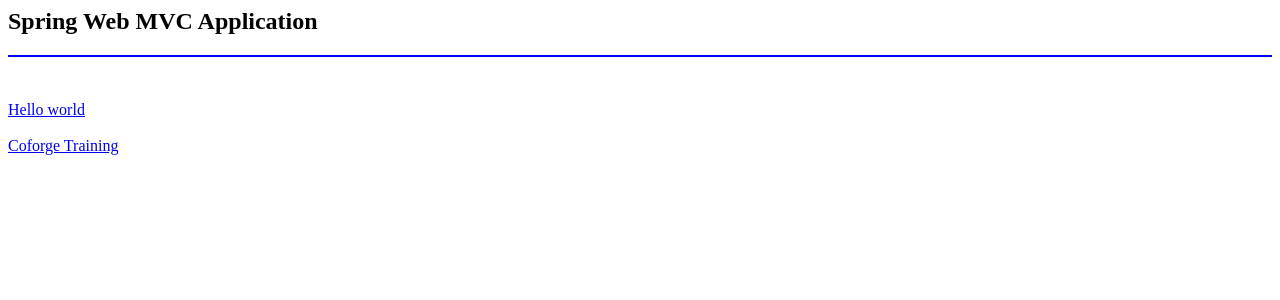
Repository: iKAIZER7/spring-workspace
Page: http://localhost/spring-web/
The author's editor kept a copy of each file at every save. The page is drawn from the files as they stood at one save, then again after the next save.
The browser window is 1280 px wide. The pictures show the whole page.
The page is served by Tomcat 9. Other server files are loaded and not shown.

Above is the page before, as saved 2025-07-31 04:32:48.

### spring-web/src/main/webapp/index.jsp
<html>
<body>
<h2>Spring Web MVC Application</h2>
<hr color="blue">
<br><br>

<a href="shreya">Hello world</a>
<br><br>
<a href="noida">Coforge Training</a>

</body>
</html>

After the next save:
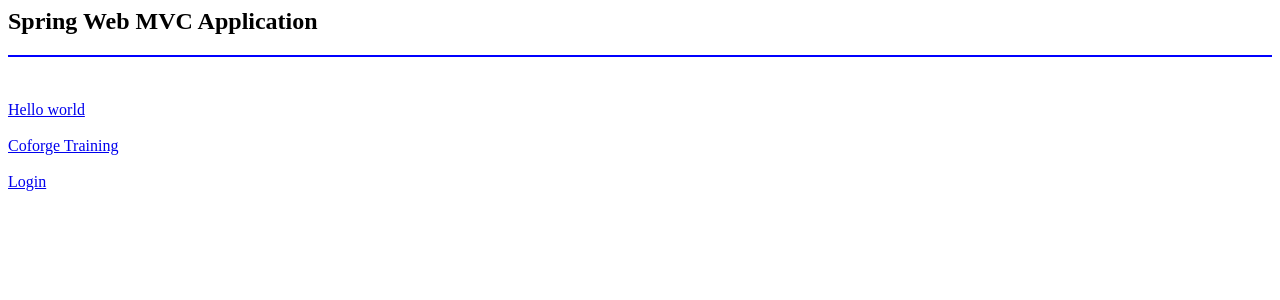
Saved 28 s later.
--- a/spring-web/src/main/webapp/index.jsp
+++ b/spring-web/src/main/webapp/index.jsp
@@ -7,6 +7,9 @@
 <a href="shreya">Hello world</a>
 <br><br>
 <a href="noida">Coforge Training</a>
+<br><br>
+<a href="login">Login</a>
+
 
 </body>
 </html>
